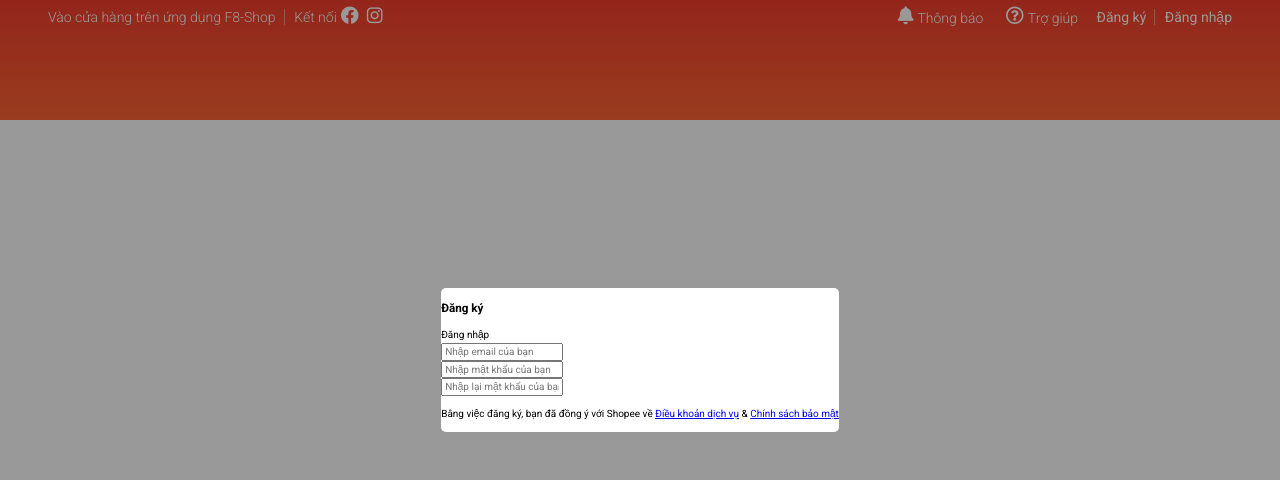
Repository: huynhnhan112/Shopee_Homepage
Page: index.html
These files come from the project's save history. The page is drawn as it stood at one moment and after the next save; the edit follows.
The browser window is 1280 px wide. The pictures show the whole page.

Above is the page before, as saved 2021-11-19 13:56:28.

### index.html
<!DOCTYPE html>
<html lang="en">

<head>
    <meta charset="UTF-8">
    <meta http-equiv="X-UA-Compatible" content="IE=edge">
    <meta name="viewport" content="width=device-width, initial-scale=1.0">
    <link rel="stylesheet" href="https://cdnjs.cloudflare.com/ajax/libs/normalize/8.0.1/normalize.min.css"
        integrity="sha512-NhSC1YmyruXifcj/KFRWoC561YpHpc5Jtzgvbuzx5VozKpWvQ+4nXhPdFgmx8xqexRcpAglTj9sIBWINXa8x5w=="
        crossorigin="anonymous" referrerpolicy="no-referrer" />
    <link rel="preconnect" href="https://fonts.googleapis.com">
    <link rel="preconnect" href="https://fonts.gstatic.com" crossorigin>
    <link href="https://fonts.googleapis.com/css2?family=Roboto:wght@100;300;400;500;700&display=swap" rel="stylesheet">
    <link rel="stylesheet" href="./assets/fonts/fontawesome-free-5.15.4/fontawesome-free-5.15.4-web/css/all.min.css">
    <link rel="stylesheet" href="./assets/css/base.css">
    <link rel="stylesheet" href="./assets/css/style.css">
    <title>F8 - Shop</title>
</head>

<body>
    <div class="app">
        <header class="header">
            <div class="grid">
                <nav class="header__navbar">
                    <ul class="header__navbar-list">
                        <li class="header__navbar-item header__navbar-item--qr header__navbar-item--separate">Vào cửa hàng trên ứng dụng F8-Shop
                            <div class="header__qr">
                                <img src="./assets/img/qr_code.png" alt="QR code" class="header__qr-img">
                                <div class="header__qr-apps">
                                    <a href="" class="header__qr-link">
                                        <img src="./assets/img/google_play.png" alt="Google Play" class="header__qr-download">
                                    </a>
                                    <a href="" class="header__qr-link">
                                        <img src="./assets/img/app_store.png" alt="App Store" class="header__qr-download">
                                    </a>
                                </div>
                            </div>
                        </li>
                        <li class="header__navbar-item">
                            <span class="header__navbar-title">Kết nối</span>
                            <a href="#" class="header__navbar-icon-link">
                                <i class="header__navbar-icon fab fa-facebook"></i>
                            </a>
                            <a href="#" class="header__navbar-icon-link">
                                <i class="header__navbar-icon fab fa-instagram"></i>
                            </a>
                        </li>
                    </ul>
                    <ul class="header__navbar-list">
                        <li class="header__navbar-item header__navbar-item--show-notify">
                            <a href="#" class="header__navbar-item-link">
                                <i class="header__navbar-icon fas fa-bell"></i>
                                Thông báo
                            </a>
                            <div class="header__notify">
                                <header class="header__notify-header">
                                    <h3>Thông Báo Mới Nhận</h3>
                                </header>
                                <ul class="header__notify-list">
                                    <li class="header__notify-item header__notify-item--viewed">
                                        <a href="" class="header__notify-link">
                                            <img src="https://img.abaha.vn/photos/origin/83-1586781803-myphamohui-lgvina.png" alt="" class="header__notify-img">
                                            <div class="header__notify-info">
                                                <span class="header__notify-name">Ohui chính thức ra mắt dòng son lì mới The First Genture Lipstick</span>
                                                <span class="header__notify-description">Một lần môi căng mềm, quyến rũ với sắc màu nổi bật luôn là điều mà các quý cô ao ước</span>
                                            </div>
                                        </a>
                                    </li>
                                    <li class="header__notify-item header__notify-item--viewed">
                                        <a href="" class="header__notify-link">
                                            <img src="https://img.abaha.vn/photos/origin/83-1586781803-myphamohui-lgvina.png" alt="" class="header__notify-img">
                                            <div class="header__notify-info">
                                                <span class="header__notify-name">Xác thực chính hãng nguồn gốc các sản phẩm Ohui</span>
                                                <span class="header__notify-description">HiddenTag là xác thực hàng chính hãng bằng công nghệ tiên tiến nhất hiện nay</span>
                                            </div>
                                        </a>
                                    </li>
                                    <li class="header__notify-item">
                                        <a href="" class="header__notify-link">
                                            <img src="https://img.abaha.vn/photos/origin/83-1586781803-myphamohui-lgvina.png" alt="" class="header__notify-img">
                                            <div class="header__notify-info">
                                                <span class="header__notify-name">Sale sốc bộ dưỡng Ohui The First tái tạo trả hóa da SALE OFF 70%</span>
                                                <span class="header__notify-description">Giá chỉ còn 375.000(giá gốc 1.250.000 vnđ)</span>
                                            </div>
                                        </a>
                                    </li>
                                </ul>
                                <footer class="header__notify-footer">
                                    <a href="" class="header__notify-footer-btn">Xem tất cả</a>
                                </footer>
                            </div>
                        </li>
                        <li class="header__navbar-item">
                            <a href="#" class="header__navbar-item-link">
                                <i class="header__navbar-icon far fa-question-circle"></i>
                                Trợ giúp
                            </a>
                        </li>
                        <li class="header__navbar-item header__navbar-item--strong header__navbar-item--separate">Đăng
                            ký</li>
                        <li class="header__navbar-item header__navbar-item--strong">Đăng nhập</li>
                    </ul>
                </nav>
            </div>
        </header>

        <div class="container">

        </div>

        <footer class="footer">

        </footer>
    </div>

    <!-- Modal Layout -->
    <div class="modal">
        <div class="modal__overclay"></div>
        <div class="modal__body">
            <div class="modal__inner">

                <!-- Authen form -->
                <div class="auth-form">
                    <div class="auth-form__header">
                        <h3 class="auth-form__heading">Đăng ký</h3>
                        <span class="auth-form__switch-btn">Đăng nhập</span>
                    </div>
                    <div class="auth-form__form">
                        <div class="auth-form__group">
                            <input type="text" class="auth-form__input" placeholder="Nhập email của bạn">
                        </div>
                        <div class="auth-form__group">
                            <input type="text" class="auth-form__input" placeholder="Nhập mật khẩu của bạn">
                        </div>
                        <div class="auth-form__group">
                            <input type="text" class="auth-form__input" placeholder="Nhập lại mật khẩu của bạn">
                        </div>
                    </div>
                    <div class="auth-form__aside">
                        <p>Bằng việc đăng ký, bạn đã đồng ý với Shopee về <a href="#">Điều khoản dịch vụ</a> & <a href="#">Chính sách bảo mật</a></p>
                    </div>
                </div>
            </div>
        </div>
    </div>
</body>

</html>

### assets/css/base.css
:root{
    --white-color: #fff;
    --black-color: #000;
    --text-color: #333;
    --primary-color: #ee4d2d;
}

*{
    box-sizing: inherit;
}

html{
    font-size: 62.5%;
    line-height: 1.6rem;
    font-family: 'Roboto', sans-serif;
    box-sizing: border-box;
}

.grid{
    width: 1200px;
    max-width: 100%;
    margin: 0 auto;
}

.grid__full_width{
    width: 100%;
}

.gid__row{
    display: flex;
    flex-wrap: wrap;
}

@keyframes fadeIn {
    from{
        opacity: 0;
    }
    to{
        opacity: 1;
    }
}

/* Modal */
.modal{
    position: fixed;
    top: 0;
    left: 0;
    right: 0;
    bottom: 0;
    display: flex;
}

.modal__overclay{
    position: absolute;
    width: 100%;
    height: 100%;
    background-color: rgba(0,0,0,0.4);
}

.modal__body{
    position: relative;
    background-color: var(--white-color);
    margin: auto;
    z-index: 1;
    border-radius: 5px;
}

### assets/css/style.css
.header{
    height: 120px;
    background-image: linear-gradient(0, #fe6433, #f53e2d);
}

.header__navbar{
    display: flex;
    justify-content: space-between;
    min-height: 26px;
}

.header__navbar-list{
    list-style: none;
    padding-left: 0;
    margin-top: 4px;
}

.header__navbar-item{
    margin: 0 8px;
    position: relative;
    min-height: 26px;
}

.header__navbar-item,
.header__navbar-item-link{
    display: inline-block;
    font-size: 1.4rem;
    color: var(--white-color);
    text-decoration: none;
    font-weight: 300;
}

.header__navbar-item,
.header__navbar-item-link,
.header__navbar-icon-link{
    display: inline-flex;
    align-items: center;
}

.header__navbar-item:hover,
.header__navbar-item-link:hover,
.header__navbar-icon-link:hover{
    color: rgba(255,255,255, 0.7);
    cursor: pointer;
}

.header__navbar-item--strong{
    font-weight: 400;
}

.header__navbar-item--separate::after{
    content: '';
    display: block;
    position: absolute;
    border-left: 1px solid #FB9086;
    height: 16px;
    right: -9px;
    top: 50%;
    transform: translateY(-50%);
}

.header__navbar-icon-link{
    color: var(--white-color);
    text-decoration: none;
}

.header__navbar-icon{
    font-size: 1.8rem;
    margin: 0 4px 5px;
}

.header__navbar-title{
    cursor: text;
    color: var(--white-color);
}

/* Header QR Code */
.header__qr{
    background-color: var(--white-color);
    width: 186px;
    position: absolute;
    left: 0;
    top: 160%;
    padding: 8px;
    border-radius: 2px;
    display: none;
    animation: fadeIn ease-in-out 0.3s;
}

.header__qr::before{
    content: '';
    position: absolute;
    display: block;
    width: 100%;
    height: 20px;
    top: -16px;
    left: 0;
}

.header__navbar-item--qr:hover .header__qr{
    display: block;
}

.header__qr-img{
    width: 100%;
}

.header__qr-apps{
    display: flex;
    justify-content: space-between;
}

.header__qr-link:first-child{
    margin-left: 11px;
}

.header__qr-link:last-child{
    margin-right: 11px;
}

.header__qr-download{
    height: 15px;
}

/* Header Notifycation */
.header__notify{
    position: absolute;
    top: 150%;
    right: 0;
    width: 404px;
    border: 1px solid #d3d3d3;
    background-color: var(--white-color);
    cursor: default;
    transform-origin: calc(100% - 20px) top;
    animation: headerNotify ease-in-out 0.3s;
    will-change: opacity, transform;
    display: none;
}

.header__notify::before{
    content: '';
    border: 20px solid;
    border-color: transparent transparent var(--white-color) transparent;
    position: absolute;
    right: 10px;
    top: -29px;
}

.header__notify::after{
    content: '';
    display: block;
    width: 90px;
    height: 20px;
    position: absolute;
    right: 0;
    top: -15px;
}

@keyframes headerNotify {
    from{
        transform: scale(0);
        opacity: 0;
    }
    to{
        transform: scale(1);
        opacity: 1;
    }
}

.header__navbar-item--show-notify:hover .header__notify{
    display: block;
}

.header__notify-header{
    height: 40px;
    background-color: var(--white-color);
}

.header__notify-header h3{
    color: #999;
    margin: 0 0 0 12px;
    font-weight: 400;
    font-size: 1.5rem;
    line-height: 40px;
    user-select: none;
}

.header__notify-list{
    padding-left: 0;
}

.header__notify-item{
    display: flex;
}

.header__notify-item:hover{
    background-color: #f7f7f7;
}

.header__notify-item--viewed{
    background-color: rgba(238,75,43,0.08);
}

.header__notify-link{
    display: flex;
    width: 100%;
    padding: 12px;
    text-decoration: none;
}

.header__notify-img{
    width: 48px;
    object-fit: contain;
}

.header__notify-info{
    margin-left: 1.2rem;
    /* line-height: 2.4rem; */
}

.header__notify-name{
    display: block;
    font-size: 1.4rem;
    color: var(--text-color);
    font-weight: 500;
    line-height: 1.8rem;
}

.header__notify-description{
    display: block;
    font-size: 1.2rem;
    color: #756f6e;
    font-weight: 400;
    margin-top: 0.4rem;
}

.header__notify-footer{
    text-align: center;
}

.header__notify-footer-btn{
    text-decoration: none;
    color: var(--text-color);
    padding: 16px 0;
    width: 100%;
    display: block;
    font-weight: 500;
}

Loaded but not shown: assets/fonts/fontawesome-free-5.15.4/fontawesome-free-5.15.4-web/css/all.min.css (library)

After the next save:
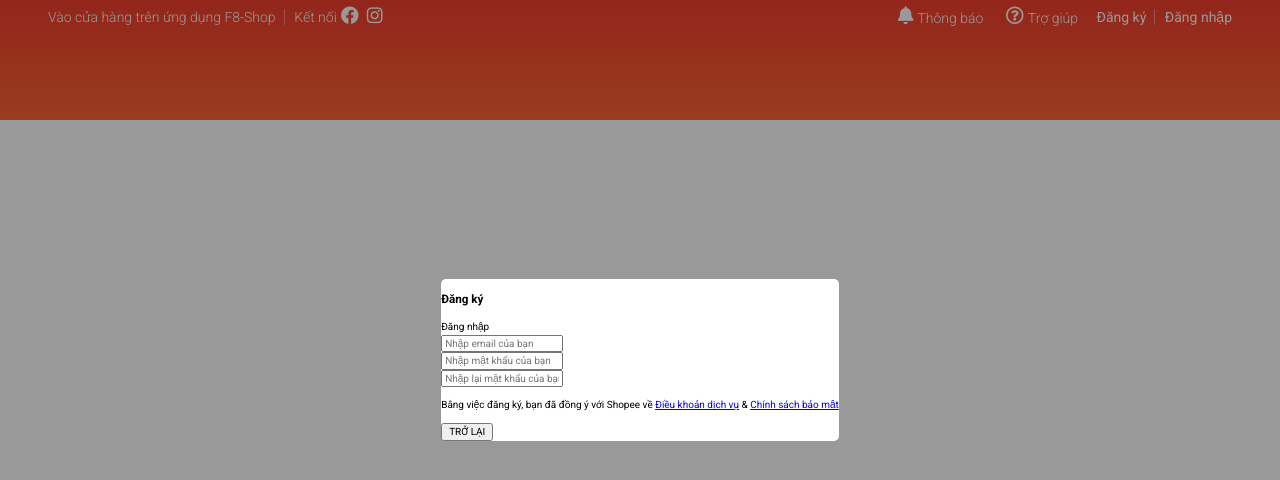
Saved 108 s later.
--- a/index.html
+++ b/index.html
@@ -139,6 +139,9 @@
                     <div class="auth-form__aside">
                         <p>Bằng việc đăng ký, bạn đã đồng ý với Shopee về <a href="#">Điều khoản dịch vụ</a> & <a href="#">Chính sách bảo mật</a></p>
                     </div>
+                    <div class="auth-form__controls">
+                        <button class="btn">TRỞ LẠI</button>
+                    </div>
                 </div>
             </div>
         </div>
